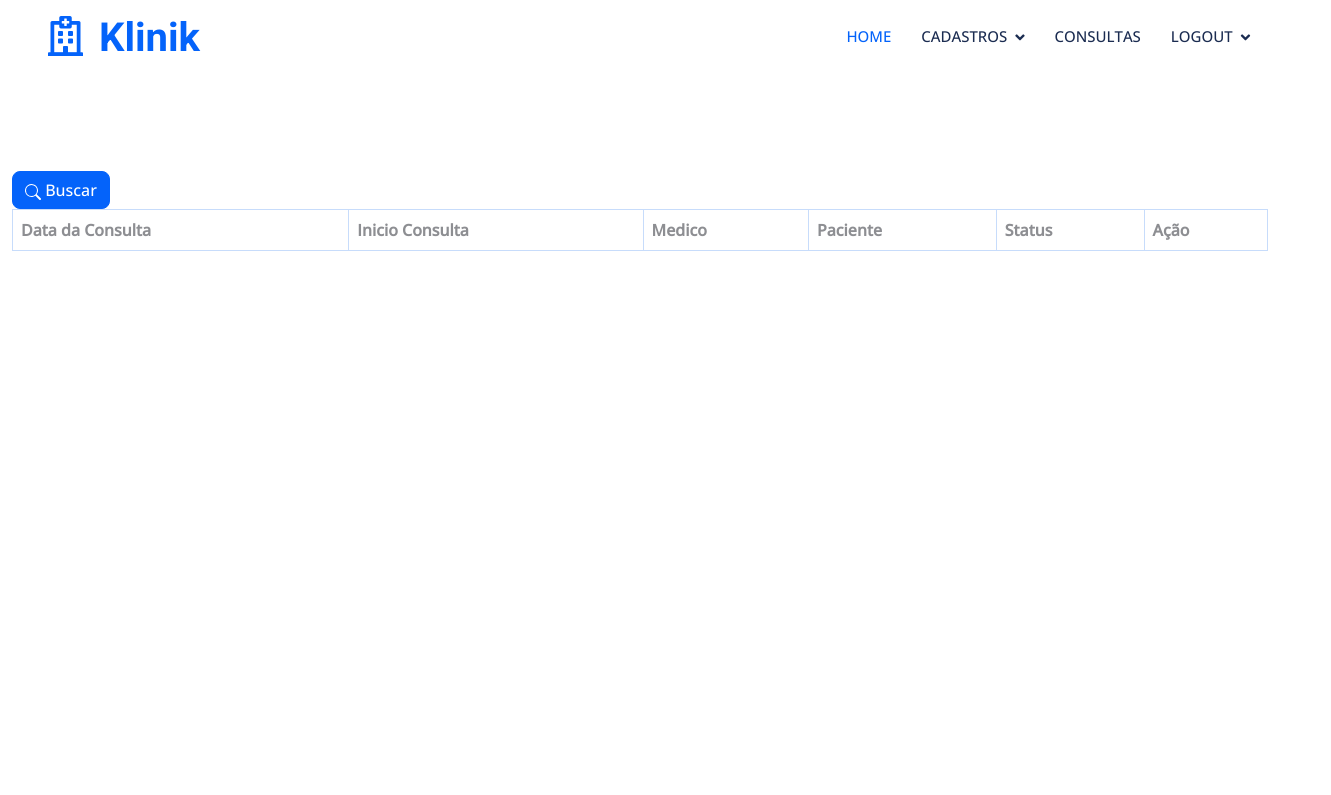
Repository: henrickrufino91/AgendaConsultas
Page: http://localhost/consulta/listarConsultas
The author's editor kept a copy of each file at every save. The page is drawn from the files as they stood at one save, then again after the next save.
The browser window is 1280 px wide. The page is 1331 px wide, so the pictures cover 1331 px, including what lies to the right of the window. The pictures show the whole page.
Some web libraries are served in a nearby version. The page is this project's Thymeleaf template; nobody is signed in. The template is opened directly, without the code that normally fills it, so the values that code supplies are empty.

Above is the page before, as saved 2024-12-26 17:58:57.

### clinica/src/main/resources/templates/consulta/listarConsultas.html
<!DOCTYPE html>
<html lang="en">

<head>
    <meta charset="utf-8">
    <title>Lista de Consultas</title>
    <meta content="width=device-width, initial-scale=1.0" name="viewport">
    <meta content="" name="keywords">
    <meta content="" name="description">

    <!-- Favicon -->
    <link href="img/favicon.ico" rel="icon">

    <!-- Google Web Fonts -->
    <link rel="preconnect" href="https://fonts.googleapis.com">
    <link rel="preconnect" href="https://fonts.gstatic.com" crossorigin>
    <link href="https://fonts.googleapis.com/css2?family=Open+Sans:wght@400;500&family=Roboto:wght@500;700;900&display=swap" rel="stylesheet">

    <!-- Icon Font Stylesheet -->
    <link href="https://cdnjs.cloudflare.com/ajax/libs/font-awesome/5.10.0/css/all.min.css" rel="stylesheet">
    <link href="https://cdn.jsdelivr.net/npm/bootstrap-icons@1.4.1/font/bootstrap-icons.css" rel="stylesheet">

    <!-- Libraries Stylesheet -->
    <link href="lib/animate/animate.min.css" rel="stylesheet">
    <link href="lib/owlcarousel/assets/owl.carousel.min.css" rel="stylesheet">
    <link href="lib/tempusdominus/css/tempusdominus-bootstrap-4.min.css" rel="stylesheet" />

    <!-- Customized Bootstrap Stylesheet -->
    <link href="css/bootstrap.min.css" rel="stylesheet">

    <!-- Template Stylesheet -->
    <link href="css/style.css" rel="stylesheet">
</head>

<body>
    <!-- Spinner Start -->
    <div id="spinner" class="show bg-white position-fixed translate-middle w-100 vh-100 top-50 start-50 d-flex align-items-center justify-content-center">
        <div class="spinner-grow text-primary" style="width: 3rem; height: 3rem;" role="status">
            <span class="sr-only">Loading...</span>
        </div>
    </div>
    <!-- Spinner End -->


    <!-- Topbar Start -->
    <div class="container-fluid bg-light p-0 wow fadeIn" data-wow-delay="0.1s">

    </div>
    <!-- Topbar End -->


    <!-- Navbar Start -->
    <nav class="navbar navbar-expand-lg bg-white navbar-light sticky-top p-0 wow fadeIn" data-wow-delay="0.1s">
        <a href="index.html" class="navbar-brand d-flex align-items-center px-4 px-lg-5">
            <h1 class="m-0 text-primary"><i class="far fa-hospital me-3"></i>Klinik</h1>
        </a>
        <button type="button" class="navbar-toggler me-4" data-bs-toggle="collapse" data-bs-target="#navbarCollapse">
            <span class="navbar-toggler-icon"></span>
        </button>
        <div class="collapse navbar-collapse" id="navbarCollapse">
            <div class="navbar-nav ms-auto p-4 p-lg-0">
                <a th:href="@{/index}" class="nav-item nav-link active">Home</a>

                <div class="nav-item dropdown">
                    <a href="#" class="nav-link dropdown-toggle" data-bs-toggle="dropdown">Cadastros</a>
                    <div class="dropdown-menu rounded-0 rounded-bottom m-0">
                        <a th:href="@{/novoPaciente}" class="dropdown-item">Pacientes</a>
                        <a th:href="@{/novoMedico}" class="dropdown-item">Médicos(as)</a>
                       <a th:href="@{/novoUsuario}" class="dropdown-item">Usuários</a>

                    </div>
                </div>
                <a th:href="@{/novaConsulta}" class="nav-item nav-link">Consultas</a>

                <div class="nav-item dropdown">
                    <a href="#" class="nav-link dropdown-toggle" data-bs-toggle="dropdown">Logout</a>
                    <div class="dropdown-menu rounded-0 rounded-bottom m-0">
                        <a th:href="@{/logout}" class="dropdown-item">Sair</a>

                    </div>
                </div>

            </div>
        </div>
    </nav>
    <!-- Navbar End -->


    <!-- Header Start -->
    <div class="container-fluid header bg-primary p-0 mb-5">





    </div>
    <!-- Header End -->




    <!-- About Start -->
    <div class="container-xxl py-5">


       <a class="btn btn-primary"><svg xmlns="http://www.w3.org/2000/svg" width="16" height="16" fill="currentColor" class="bi bi-search" viewBox="0 0 16 16">
  											<path d="M11.742 10.344a6.5 6.5 0 1 0-1.397 1.398h-.001q.044.06.098.115l3.85 3.85a1 1 0 0 0 1.415-1.414l-3.85-3.85a1 1 0 0 0-.115-.1zM12 6.5a5.5 5.5 0 1 1-11 0 5.5 5.5 0 0 1 11 0"/>
											</svg> Buscar</a>


       <table class="table table-bordered table-hover">

        		<thead>

            	<th scope="col">Data da Consulta</th>
            	<th scope="col">Inicio Consulta</th>
            	<th scope="col">Medico</th>
            	<th scope="col">Paciente</th>
            	<th scope="col">Status</th>
            	<th scope="col">Ação</th>

        		</thead>
        		<tbody>
            	<tr scope="row" th:each="c : ${listarConsultas}">


                <td th:text="${c.dataConsulta}"></td>
                <td th:text="${c.inicioConsulta}"></td>
                <td th:text="${c.consulta.medico.nome}"></td>
                <td th:text="${c.consulta.paciente.nome}"></td>
                <td th:text="${c.consulta.status.descricao}"></td>

                <td>

                 <a class="btn btn-primary" th:href="@{'/editarConsulta?codigo=' + ${c.codConsulta}}"> Editar
				<svg xmlns="http://www.w3.org/2000/svg" width="16" height="16" fill="currentColor" class="bi bi-pencil-fill" viewBox="0 0 16 16">
  				<path d="M12.854.146a.5.5 0 0 0-.707 0L10.5 1.793 14.207 5.5l1.647-1.646a.5.5 0 0 0 0-.708zm.646 6.061L9.793 2.5 3.293 9H3.5a.5.5 0 0 1 .5.5v.5h.5a.5.5 0 0 1 .5.5v.5h.5a.5.5 0 0 1 .5.5v.5h.5a.5.5 0 0 1 .5.5v.207zm-7.468 7.468A.5.5 0 0 1 6 13.5V13h-.5a.5.5 0 0 1-.5-.5V12h-.5a.5.5 0 0 1-.5-.5V11h-.5a.5.5 0 0 1-.5-.5V10h-.5a.5.5 0 0 1-.175-.032l-.179.178a.5.5 0 0 0-.11.168l-2 5a.5.5 0 0 0 .65.65l5-2a.5.5 0 0 0 .168-.11z"/>
				</svg></a>

				<a class="btn btn-danger" th:href="@{'/removerConsulta?codigo=' + ${c.codConsulta}}"> Remover
				<svg xmlns="http://www.w3.org/2000/svg" width="16" height="16" fill="currentColor" class="bi bi-archive-fill" viewBox="0 0 16 16">
  				<path d="M12.643 15C13.979 15 15 13.845 15 12.5V5H1v7.5C1 13.845 2.021 15 3.357 15zM5.5 7h5a.5.5 0 0 1 0 1h-5a.5.5 0 0 1 0-1M.8 1a.8.8 0 0 0-.8.8V3a.8.8 0 0 0 .8.8h14.4A.8.8 0 0 0 16 3V1.8a.8.8 0 0 0-.8-.8z"/>
				</svg></a>

                </td>






            </tr>
        </tbody>
        </table>

    </div>
    <!-- About End -->


    <!-- Service Start -->
    <div class="container-xxl py-5">

    </div>
    <!-- Service End -->


    <!-- Feature Start -->
    <div class="container-fluid bg-primary overflow-hidden my-5 px-lg-0">

    </div>
    <!-- Feature End -->


    <!-- Team Start -->
    <div class="container-xxl py-5">

    </div>
    <!-- Team End -->


    <!-- Appointment Start -->
    <div class="container-xxl py-5">

    </div>
    <!-- Appointment End -->


    <!-- Testimonial Start -->
    <div class="container-xxl py-5">

    </div>
    <!-- Testimonial End -->


    <!-- Footer Start -->

    </div>
    <!-- Footer End -->


    <!-- Back to Top -->
    <a href="#" class="btn btn-lg btn-primary btn-lg-square rounded-circle back-to-top"><i class="bi bi-arrow-up"></i></a>


    <!-- JavaScript Libraries -->
    <script src="https://code.jquery.com/jquery-3.4.1.min.js"></script>
    <script src="https://cdn.jsdelivr.net/npm/bootstrap@5.0.0/dist/js/bootstrap.bundle.min.js"></script>
    <script src="lib/wow/wow.min.js"></script>
    <script src="lib/easing/easing.min.js"></script>
    <script src="lib/waypoints/waypoints.min.js"></script>
    <script src="lib/counterup/counterup.min.js"></script>
    <script src="lib/owlcarousel/owl.carousel.min.js"></script>
    <script src="lib/tempusdominus/js/moment.min.js"></script>
    <script src="lib/tempusdominus/js/moment-timezone.min.js"></script>
    <script src="lib/tempusdominus/js/tempusdominus-bootstrap-4.min.js"></script>

    <!-- Template Javascript -->
    <script src="js/main.js"></script>
</body>

</html>

### clinica/src/main/resources/static/css/style.css
/********** Template CSS **********/
:root {
    --primary: #0463FA;
    --light: #EFF5FF;
    --dark: #1B2C51;
}

.fw-medium {
    font-weight: 500 !important;
}

.fw-bold {
    font-weight: 700 !important;
}

.fw-black {
    font-weight: 900 !important;
}

.back-to-top {
    position: fixed;
    display: none;
    right: 45px;
    bottom: 45px;
    z-index: 99;
}


/*** Spinner ***/
#spinner {
    opacity: 0;
    visibility: hidden;
    transition: opacity .5s ease-out, visibility 0s linear .5s;
    z-index: 99999;
}

#spinner.show {
    transition: opacity .5s ease-out, visibility 0s linear 0s;
    visibility: visible;
    opacity: 1;
}


/*** Button ***/
.btn {
    font-weight: 500;
    transition: .5s;
}

.btn.btn-primary,
.btn.btn-secondary {
    color: #FFFFFF;
}

.btn-square {
    width: 38px;
    height: 38px;
}

.btn-sm-square {
    width: 32px;
    height: 32px;
}

.btn-lg-square {
    width: 48px;
    height: 48px;
}

.btn-square,
.btn-sm-square,
.btn-lg-square {
    padding: 0;
    display: flex;
    align-items: center;
    justify-content: center;
    font-weight: normal;
}


/*** Navbar ***/
.navbar .dropdown-toggle::after {
    border: none;
    content: "\f107";
    font-family: "Font Awesome 5 Free";
    font-weight: 900;
    vertical-align: middle;
    margin-left: 8px;
}

.navbar .navbar-nav .nav-link {
    margin-right: 30px;
    padding: 25px 0;
    color: #FFFFFF;
    font-size: 15px;
    font-weight: 500;
    text-transform: uppercase;
    outline: none;
}

.navbar .navbar-nav .nav-link:hover,
.navbar .navbar-nav .nav-link.active {
    color: var(--primary);
}

@media (max-width: 991.98px) {
    .navbar .navbar-nav .nav-link  {
        margin-right: 0;
        padding: 10px 0;
    }

    .navbar .navbar-nav {
        border-top: 1px solid #EEEEEE;
    }
}

.navbar .navbar-brand,
.navbar a.btn {
    height: 75px;
}

.navbar .navbar-nav .nav-link {
    color: var(--dark);
    font-weight: 500;
}

.navbar.sticky-top {
    top: -100px;
    transition: .5s;
}

@media (min-width: 992px) {
    .navbar .nav-item .dropdown-menu {
        display: block;
        border: none;
        margin-top: 0;
        top: 150%;
        opacity: 0;
        visibility: hidden;
        transition: .5s;
    }

    .navbar .nav-item:hover .dropdown-menu {
        top: 100%;
        visibility: visible;
        transition: .5s;
        opacity: 1;
    }
}


/*** Header ***/
.header-carousel .owl-carousel-text {
    position: absolute;
    width: 100%;
    height: 100%;
    padding: 3rem;
    top: 0;
    left: 0;
    display: flex;
    align-items: center;
    justify-content: center;
    text-shadow: 0 0 30px rgba(0, 0, 0, .1);
}

.header-carousel .owl-nav {
    position: absolute;
    width: 200px;
    height: 45px;
    bottom: 30px;
    left: 50%;
    transform: translateX(-50%);
    display: flex;
    justify-content: space-between;
}

.header-carousel .owl-nav .owl-prev,
.header-carousel .owl-nav .owl-next {
    width: 45px;
    height: 45px;
    display: flex;
    align-items: center;
    justify-content: center;
    color: #FFFFFF;
    background: transparent;
    border: 1px solid #FFFFFF;
    border-radius: 45px;
    font-size: 22px;
    transition: .5s;
}

.header-carousel .owl-nav .owl-prev:hover,
.header-carousel .owl-nav .owl-next:hover {
    background: var(--primary);
    border-color: var(--primary);
}

.header-carousel .owl-dots {
    position: absolute;
    height: 45px;
    bottom: 30px;
    left: 50%;
    transform: translateX(-50%);
    display: flex;
    align-items: center;
    justify-content: center;
}

.header-carousel .owl-dot {
    position: relative;
    display: inline-block;
    margin: 0 5px;
    width: 15px;
    height: 15px;
    background: transparent;
    border: 1px solid #FFFFFF;
    border-radius: 15px;
    transition: .5s;
}

.header-carousel .owl-dot::after {
    position: absolute;
    content: "";
    width: 5px;
    height: 5px;
    top: 4px;
    left: 4px;
    background: #FFFFFF;
    border-radius: 5px;
}

.header-carousel .owl-dot.active {
    background: var(--primary);
    border-color: var(--primary);
}

.page-header {
    background: url(../img/header-page.jpg) top center no-repeat;
    background-size: cover;
    text-shadow: 0 0 30px rgba(0, 0, 0, .1);
}

.breadcrumb-item + .breadcrumb-item::before {
    color: var(--light);
}


/*** Service ***/
.service-item {
    transition: .5s;
}

.service-item:hover {
    margin-top: -10px;
    box-shadow: 0 .5rem 1.5rem rgba(0, 0, 0, .08);
}

.service-item .btn {
    width: 40px;
    height: 40px;
    display: inline-flex;
    align-items: center;
    background: #FFFFFF;
    border-radius: 40px;
    white-space: nowrap;
    overflow: hidden;
    transition: .5s;
}

.service-item:hover .btn {
    width: 140px;
}


/*** Feature ***/
@media (min-width: 992px) {
    .container.feature {
        max-width: 100% !important;
    }

    .feature-text  {
        padding-left: calc(((100% - 960px) / 2) + .75rem);
    }
}

@media (min-width: 1200px) {
    .feature-text  {
        padding-left: calc(((100% - 1140px) / 2) + .75rem);
    }
}

@media (min-width: 1400px) {
    .feature-text  {
        padding-left: calc(((100% - 1320px) / 2) + .75rem);
    }
}


/*** Team ***/
.team-item img {
    position: relative;
    top: 0;
    transition: .5s;
}

.team-item:hover img {
    top: -30px;
}

.team-item .team-text {
    position: relative;
    height: 100px;
    transition: .5s;
}

.team-item:hover .team-text {
    margin-top: -60px;
    height: 160px;
}

.team-item .team-text .team-social {
    opacity: 0;
    transition: .5s;
}

.team-item:hover .team-text .team-social {
    opacity: 1;
}

.team-item .team-social .btn {
    display: inline-flex;
    color: var(--primary);
    background: #FFFFFF;
    border-radius: 40px;
}

.team-item .team-social .btn:hover {
    color: #FFFFFF;
    background: var(--primary);
}


/*** Appointment ***/
.bootstrap-datetimepicker-widget.bottom {
    top: auto !important;
}

.bootstrap-datetimepicker-widget .table * {
    border-bottom-width: 0px;
}

.bootstrap-datetimepicker-widget .table th {
    font-weight: 500;
}

.bootstrap-datetimepicker-widget.dropdown-menu {
    padding: 10px;
    border-radius: 2px;
}

.bootstrap-datetimepicker-widget table td.active,
.bootstrap-datetimepicker-widget table td.active:hover {
    background: var(--primary);
}

.bootstrap-datetimepicker-widget table td.today::before {
    border-bottom-color: var(--primary);
}


/*** Testimonial ***/
.testimonial-carousel::before {
    position: absolute;
    content: "";
    top: 0;
    left: 0;
    height: 100%;
    width: 0;
    background: linear-gradient(to right, rgba(255, 255, 255, 1) 0%, rgba(255, 255, 255, 0) 100%);
    z-index: 1;
}

.testimonial-carousel::after {
    position: absolute;
    content: "";
    top: 0;
    right: 0;
    height: 100%;
    width: 0;
    background: linear-gradient(to left, rgba(255, 255, 255, 1) 0%, rgba(255, 255, 255, 0) 100%);
    z-index: 1;
}

@media (min-width: 768px) {
    .testimonial-carousel::before,
    .testimonial-carousel::after {
        width: 200px;
    }
}

@media (min-width: 992px) {
    .testimonial-carousel::before,
    .testimonial-carousel::after {
        width: 300px;
    }
}

.testimonial-carousel .owl-item .testimonial-text {
    background: var(--light);
    transform: scale(.8);
    transition: .5s;
}

.testimonial-carousel .owl-item.center .testimonial-text {
    background: var(--primary);
    transform: scale(1);
}

.testimonial-carousel .owl-item .testimonial-text *,
.testimonial-carousel .owl-item .testimonial-item img {
    transition: .5s;
}

.testimonial-carousel .owl-item.center .testimonial-text * {
    color: var(--light) !important;
}

.testimonial-carousel .owl-item.center .testimonial-item img {
    background: var(--primary) !important;
}

.testimonial-carousel .owl-nav {
    position: absolute;
    width: 350px;
    top: 15px;
    left: 50%;
    transform: translateX(-50%);
    display: flex;
    justify-content: space-between;
    opacity: 0;
    transition: .5s;
    z-index: 1;
}

.testimonial-carousel:hover .owl-nav {
    width: 300px;
    opacity: 1;
}

.testimonial-carousel .owl-nav .owl-prev,
.testimonial-carousel .owl-nav .owl-next {
    position: relative;
    color: var(--primary);
    font-size: 45px;
    transition: .5s;
}

.testimonial-carousel .owl-nav .owl-prev:hover,
.testimonial-carousel .owl-nav .owl-next:hover {
    color: var(--dark);
}


/*** Footer ***/
.footer .btn.btn-social {
    margin-right: 5px;
    width: 35px;
    height: 35px;
    display: flex;
    align-items: center;
    justify-content: center;
    color: var(--light);
    border: 1px solid #FFFFFF;
    transition: .3s;
}

.footer .btn.btn-social:hover {
    color: var(--primary);
}

.footer .btn.btn-link {
    display: block;
    margin-bottom: 5px;
    padding: 0;
    text-align: left;
    color: #FFFFFF;
    font-size: 15px;
    font-weight: normal;
    text-transform: capitalize;
    transition: .3s;
}

.footer .btn.btn-link::before {
    position: relative;
    content: "\f105";
    font-family: "Font Awesome 5 Free";
    font-weight: 900;
    margin-right: 10px;
}

.footer .btn.btn-link:hover {
    color: var(--primary);
    letter-spacing: 1px;
    box-shadow: none;
}

.footer .copyright {
    padding: 25px 0;
    font-size: 15px;
    border-top: 1px solid rgba(256, 256, 256, .1);
}

.footer .copyright a {
    color: var(--light);
}

.footer .copyright a:hover {
    color: var(--primary);
}

### clinica/src/main/resources/static/js/main.js
(function ($) {
    "use strict";

    // Spinner
    var spinner = function () {
        setTimeout(function () {
            if ($('#spinner').length > 0) {
                $('#spinner').removeClass('show');
            }
        }, 1);
    };
    spinner();


    // Initiate the wowjs
    new WOW().init();


    // Sticky Navbar
    $(window).scroll(function () {
        if ($(this).scrollTop() > 300) {
            $('.sticky-top').addClass('shadow-sm').css('top', '0px');
        } else {
            $('.sticky-top').removeClass('shadow-sm').css('top', '-100px');
        }
    });


    // Back to top button
    $(window).scroll(function () {
        if ($(this).scrollTop() > 300) {
            $('.back-to-top').fadeIn('slow');
        } else {
            $('.back-to-top').fadeOut('slow');
        }
    });
    $('.back-to-top').click(function () {
        $('html, body').animate({scrollTop: 0}, 1500, 'easeInOutExpo');
        return false;
    });


    // Facts counter
    $('[data-toggle="counter-up"]').counterUp({
        delay: 10,
        time: 2000
    });


    // Date and time picker
    $('.date').datetimepicker({
        format: 'L'
    });
    $('.time').datetimepicker({
        format: 'LT'
    });


    // Header carousel
    $(".header-carousel").owlCarousel({
        autoplay: false,
        animateOut: 'fadeOutLeft',
        items: 1,
        dots: true,
        loop: true,
        nav : true,
        navText : [
            '<i class="bi bi-chevron-left"></i>',
            '<i class="bi bi-chevron-right"></i>'
        ]
    });


    // Testimonials carousel
    $(".testimonial-carousel").owlCarousel({
        autoplay: false,
        smartSpeed: 1000,
        center: true,
        dots: false,
        loop: true,
        nav : true,
        navText : [
            '<i class="bi bi-arrow-left"></i>',
            '<i class="bi bi-arrow-right"></i>'
        ],
        responsive: {
            0:{
                items:1
            },
            768:{
                items:2
            }
        }
    });


})(jQuery);

Loaded but not shown: clinica/src/main/resources/static/lib/animate/animate.min.css (library); clinica/src/main/resources/static/lib/owlcarousel/assets/owl.carousel.min.css (common file); clinica/src/main/resources/static/lib/tempusdominus/css/tempusdominus-bootstrap-4.min.css (library); clinica/src/main/resources/static/css/bootstrap.min.css (library); clinica/src/main/resources/static/lib/wow/wow.min.js (library); clinica/src/main/resources/static/lib/easing/easing.min.js (common file); clinica/src/main/resources/static/lib/waypoints/waypoints.min.js (library); clinica/src/main/resources/static/lib/counterup/counterup.min.js (common file); clinica/src/main/resources/static/lib/owlcarousel/owl.carousel.min.js (library); clinica/src/main/resources/static/lib/tempusdominus/js/moment.min.js (library); clinica/src/main/resources/static/lib/tempusdominus/js/moment-timezone.min.js (library); clinica/src/main/resources/static/lib/tempusdominus/js/tempusdominus-bootstrap-4.min.js (library)

After the next save:
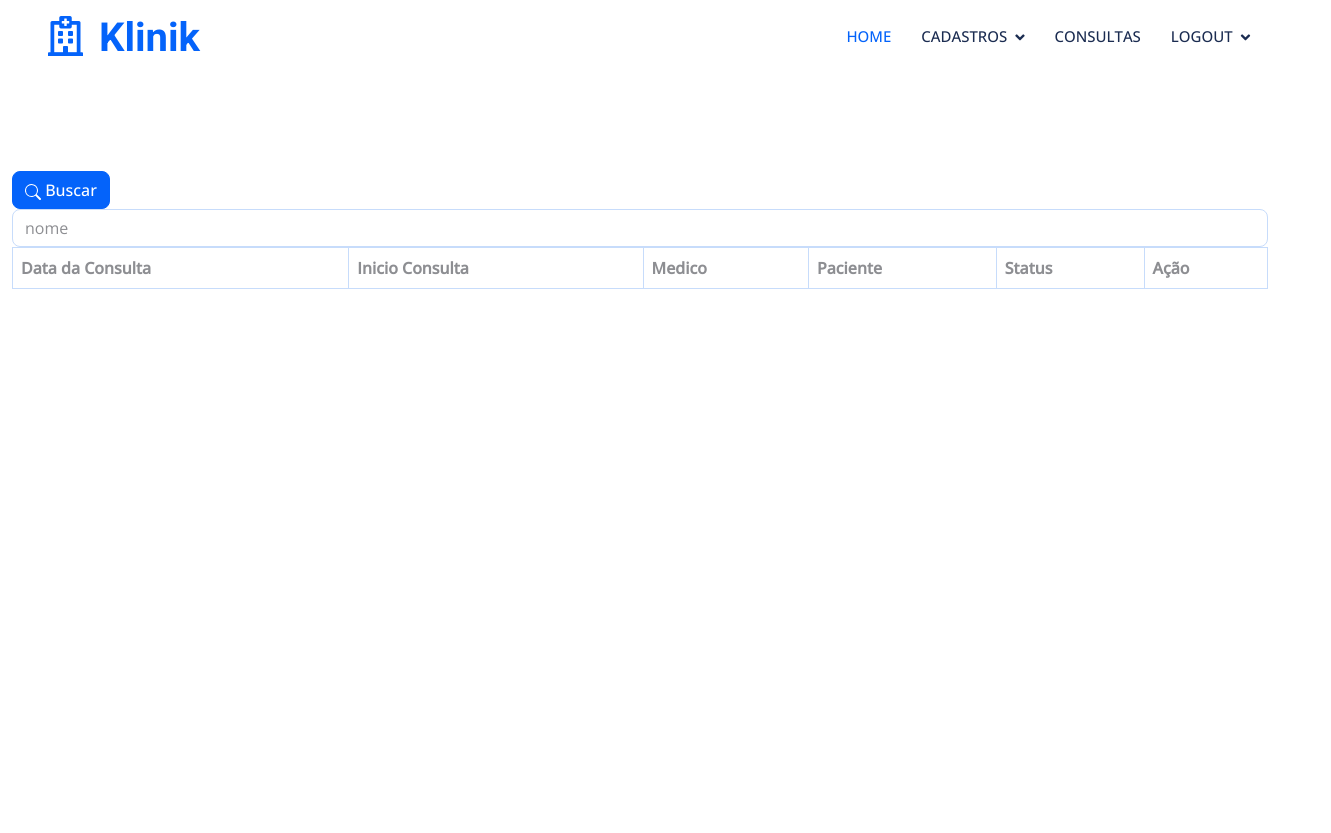
Saved 49 s later.
--- a/clinica/src/main/resources/templates/consulta/listarConsultas.html
+++ b/clinica/src/main/resources/templates/consulta/listarConsultas.html
@@ -107,6 +107,7 @@
   											<path d="M11.742 10.344a6.5 6.5 0 1 0-1.397 1.398h-.001q.044.06.098.115l3.85 3.85a1 1 0 0 0 1.415-1.414l-3.85-3.85a1 1 0 0 0-.115-.1zM12 6.5a5.5 5.5 0 1 1-11 0 5.5 5.5 0 0 1 11 0"/>
 											</svg> Buscar</a>
 
+      <input class="form-control" value="nome" id="inputEmail" type="text" />
 
        <table class="table table-bordered table-hover">
 
